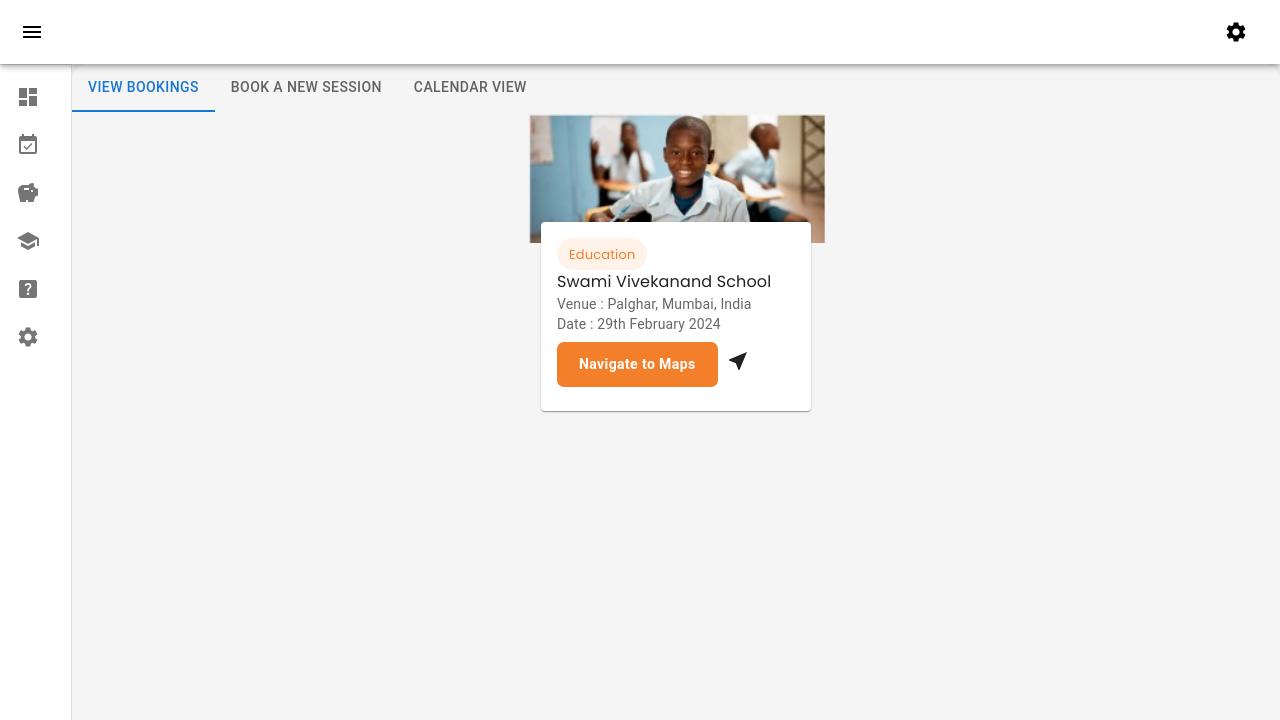
Repository: shubhampirate/Google_Solutions_Edural
Page: /bookings
These files come from the project's save history. The page is drawn as it stood at one moment and after the next save; the edit follows.
The browser window is 1280 px wide. The pictures show the whole page.
An inner scrolling area shows only its first screen. The project was rebuilt for these pictures with package versions that can differ from the ones it lists, and the page was loaded fresh each time. Some packages were replaced by stand-ins written for this rebuild. Also part of the build but not shown: src/Components/Navbar.jsx, src/Components/Footer.jsx, src/Components/CongratsCard.jsx, src/pages/Hero/Hero.jsx, src/pages/Dashboard/Dashboard.jsx, src/pages/Sign_in.jsx, src/pages/Bookings/LicenseCard.jsx.

Above is the page before, as saved 2024-02-04 18:25:37.

### src/index.js
import React from "react";
import ReactDOM from "react-dom/client";
import "./index.css";
import { GoogleOAuthProvider } from '@react-oauth/google';
import App from "./App";
import { BrowserRouter } from "react-router-dom";
const root = ReactDOM.createRoot(
    document.getElementById("root"));
root.render(
    <BrowserRouter>
<GoogleOAuthProvider clientId="730379698185-cv7a59sok9sod43v04ee6g6pt4gtaea2.apps.googleusercontent.com">
        {/* <React.StrictMode> */}
            <App />
        {/* </React.StrictMode> */}
    </GoogleOAuthProvider>
    </BrowserRouter>

);

### src/App.jsx
import Hero from "./pages/Hero/Hero";
import Dashboard from "./pages/Dashboard/Dashboard";
import Layout from "./Components/layout";
import SignIn from "./pages/Sign_in";
import Booking from "./pages/Bookings/bookings"
import {useState} from "react";
import { Route, Routes } from "react-router-dom";
function App() {
  return (
    <>
      {/* <Hero />   */}
      {/* <SignIn /> */}
      <Routes>
        <Route path="/signin" element={<><SignIn /></>} />
        <Route path="/dashboard" element={<Layout><Dashboard /></Layout>} />
        {/* <Route path="/education" element={<><Education /></>} /> */}
        <Route path="/bookings" element={<Layout><Booking /></Layout>} />
        {/* <Route path="/profile" element={<><Profile /></>} /> */}
        {/* <Route path="/finance" element={<><Finance /></>} /> */}
        {/* <Route path="/questions" element={<><Questions /></>} /> */}
        {/* <Route path="/retireaibot" element={<><Bot /></>} /> */}
        <Route path="/" element={<><Hero /></>} />
      </Routes>
         </>
  );
}

export default App;

### src/Components/layout.jsx
import React from 'react';
import { styled, createTheme, ThemeProvider } from '@mui/material/styles';
import CssBaseline from '@mui/material/CssBaseline';
import MuiDrawer from '@mui/material/Drawer';
import Box from '@mui/material/Box';
import MuiAppBar from '@mui/material/AppBar';
import Toolbar from '@mui/material/Toolbar';
import IconButton from '@mui/material/IconButton';
import MenuIcon from '@mui/icons-material/Menu';
import ChevronLeftIcon from '@mui/icons-material/ChevronLeft';
import { mainListItems } from './listItems';
import { List } from '@mui/material';
import Divider from '@mui/material/Divider';
import Badge from '@mui/material/Badge';
// import NotificationsIcon from '@mui/icons-material/Notifications';
import Typography from '@mui/material/Typography';
import SettingsIcon from '@mui/icons-material/Settings';
const drawerWidth = 240;

const AppBar = styled(MuiAppBar, {
  shouldForwardProp: (prop) => prop !== 'open',
})(({ theme, open }) => ({
  zIndex: theme.zIndex.drawer + 1,
  transition: theme.transitions.create(['width', 'margin'], {
    easing: theme.transitions.easing.sharp,
    duration: theme.transitions.duration.leavingScreen,
  }),
  ...(open && {
    marginLeft: drawerWidth,
    width: `calc(100% - ${drawerWidth}px)`,
    transition: theme.transitions.create(['width', 'margin'], {
      easing: theme.transitions.easing.sharp,
      duration: theme.transitions.duration.enteringScreen,
    }),
  }),
  backgroundColor: 'white', // Set background color to white
  color: 'black',
}));

const Drawer = styled(MuiDrawer, { shouldForwardProp: (prop) => prop !== 'open' })(
  ({ theme, open }) => ({
    '& .MuiDrawer-paper': {
      position: 'relative',
      whiteSpace: 'nowrap',
      width: drawerWidth,
      transition: theme.transitions.create('width', {
        easing: theme.transitions.easing.sharp,
        duration: theme.transitions.duration.enteringScreen,
      }),
      boxSizing: 'border-box',
      ...(!open && {
        overflowX: 'hidden',
        transition: theme.transitions.create('width', {
          easing: theme.transitions.easing.sharp,
          duration: theme.transitions.duration.leavingScreen,
        }),
        width: theme.spacing(7),
        [theme.breakpoints.up('sm')]: {
          width: theme.spacing(9),
        },
      }),
    },
  }),
);

const defaultTheme = createTheme();

const Layout = ({ children }) => {
  const [open, setOpen] = React.useState(false);

  const toggleDrawer = () => {
    setOpen(!open);
  };

  return (
    <ThemeProvider theme={defaultTheme}>
      <Box sx={{ display: 'flex' }}>
        <CssBaseline />
        <AppBar position="absolute" open={open}
        //  sx={{
        //         backgroundColor:
        //         // "rgba(244, 127, 42, 0.04)",
        //         (theme) =>
        //         theme.palette.mode === 'light'
        //             ? theme.palette.grey[100]
        //             : theme.palette.grey[900]}}
                    >
          <Toolbar
            sx={{
              pr: '24px', // keep right padding when drawer closed
            }}
          >
            <IconButton
              edge="start"
              color="inherit"
              aria-label="open drawer"
              onClick={toggleDrawer}
              sx={{
                marginRight: '36px',
                ...(open && { display: 'none' }),
              }}
            >
              <MenuIcon />
            </IconButton>
            <Typography
              component="h1"
              variant="h6"
              color="inherit"
              noWrap
              sx={{ flexGrow: 1 }}
            >
              {/* Dashboard */}
            </Typography>
            <IconButton color="inherit">
              {/* <Badge badgeContent={4} color="secondary"> */}
                <SettingsIcon />
              {/* </Badge> */}
            </IconButton>

          </Toolbar>
        </AppBar>
        <Drawer variant="permanent" open={open}>
          <Toolbar
            sx={{
              display: 'flex',
              alignItems: 'center',
              justifyContent: 'flex-end',
              px: [1],
            }}
          >
            <IconButton onClick={toggleDrawer}>
              <ChevronLeftIcon />
            </IconButton>
          </Toolbar>
          <Divider />
            <List component="nav">
                {mainListItems}
            </List>
        </Drawer>
        <Box
          component="main"
          sx={{
            backgroundColor: (theme) =>
              theme.palette.mode === 'light'
                ? theme.palette.grey[100]
                : theme.palette.grey[900],
            flexGrow: 1,
            height: '100vh',
            overflow: 'auto',
          }}
        >
          <Toolbar />
          {/* Content of individual pages */}
          {children}
        </Box>
      </Box>
    </ThemeProvider>
  );
};

export default Layout;

### src/pages/Bookings/bookings.jsx
import React, { useState, useEffect } from 'react';
import { styled, createTheme, ThemeProvider } from '@mui/material/styles';
import CssBaseline from '@mui/material/CssBaseline';
import Box from '@mui/material/Box';
import Tabs from '@mui/material/Tabs';
import Tab from '@mui/material/Tab';
import Card from '@mui/material/Card';
import CardContent from '@mui/material/CardContent';
import Typography from '@mui/material/Typography';
import GoogleMapReact from 'google-map-react'; // Install with npm/yarn
import FullCalendar from '@fullcalendar/react'; // Install with npm/yarn
import dayGridPlugin from '@fullcalendar/daygrid'; // Install with npm/yarn
import LicenseCard from './LicenseCard';
import { CardActions, Button } from '@mui/material';
import Chip from '@mui/material/Chip';
import CustomButton from '../../Components/CustomButton';
import heroImg from "../../media/img_1.jpeg";
import NorthEastIcon from '@mui/icons-material/NorthEast';
import NearMeIcon from '@mui/icons-material/NearMe';
const defaultTheme = createTheme();



const calendarEvents = [
  { id: 1, title: 'Event 1', start: '2024-02-10', end: '2024-02-12' },
  { id: 2, title: 'Event 2', start: '2024-02-15', end: '2024-02-18' },
  // Add more calendar event data as needed
];

const AnyReactComponent = ({ text }) => <div>{text}</div>;

export default function Booking() {
  const [tabValue, setTabValue] = useState(0);

  const handleChangeTab = (event, newValue) => {
    setTabValue(newValue);
  };

  return (
    <ThemeProvider theme={defaultTheme}>
      <Box sx={{ display: 'flex', borderRadius: '16px', overflow: 'hidden', boxShadow: '0px 0px 10px rgba(0, 0, 0, 0.1)' }}>
        <CssBaseline />
        <Box
          component="main"
          sx={{
            backgroundColor: (theme) =>
              theme.palette.mode === 'light'
                ? theme.palette.grey[100]
                : theme.palette.grey[900],
            flexGrow: 1,
            height: '100vh',
            overflow: 'hidden',
          }}
        >
          <Tabs value={tabValue} onChange={handleChangeTab}>
            <Tab label="View Bookings" />
            <Tab label="Book a New Session" />
            <Tab label="Calendar View" />
          </Tabs>

          {tabValue === 0 && (

             <Box position="relative" maxWidth="300px" margin="auto" marginBottom="2rem">
             <img
               src={heroImg}
               alt="card-background"
               style={{
                 width: '100%',
                 height: '60%',
                 objectFit: 'cover',
               }}
             />
             <Card
               sx={{
                 position: 'absolute',
                 top: '80%', // Start from around 20% from the top
                 left: '5%', // Adjust as needed
                 right: '5%', // Adjust as needed
                 backgroundColor: (theme) => theme.palette.background.paper,
                 opacity: 1,

                //  minHeight:  , // Adjust as needed
                 overflow: 'auto',
               }}
             >
               <CardContent>
               <Chip
  size="sm"
  variant="soft"
  label="Education"
  sx={{ backgroundColor: 'rgba(244, 127, 42, 0.1)', color: '#F47F2A', marginRight: '8px' }}
/>
           <br />
           <Typography variant="h7" gutterBottom>
           Swami Vivekanand School
            </Typography>

          <Typography variant="body2" color="text.secondary">
          Venue : Palghar, Mumbai, India
          </Typography>
          <Typography variant="body2" color="text.secondary">
          Date : 29th February 2024
          </Typography>
        <Box sx={{ display: 'flex-between', alignItems: 'center', marginTop: '8px' }}>
            <CustomButton backgroundColor="#F47F2A" color="#fff" buttonText="Navigate to Maps" heroBtn={true} />
            <NearMeIcon sx={{ marginLeft: '8px' }} />
          </Box>
               </CardContent>

             </Card>
           </Box>
          )}

          {tabValue === 1 && (
            <Box>
              {/* Book a New Session Content */}
              {/* Use Google Maps component to search for schools */}
              <GoogleMapReact
                bootstrapURLKeys={{ key: 'YOUR_GOOGLE_MAPS_API_KEY' }}
                defaultCenter={{ lat: 37.7749, lng: -122.4194 }}
                defaultZoom={10}
              >
                <AnyReactComponent lat={37.7749} lng={-122.4194} text="Your Location" />
              </GoogleMapReact>
            </Box>
          )}

          {tabValue === 2 && (
             <Box>
             {/* Calendar View Content */}
             {/* <FullCalendar
               plugins={[dayGridPlugin]}
               initialView="dayGridMonth"
               events={calendarEvents}
             /> */}
           </Box>          )}
        </Box>
      </Box>
    </ThemeProvider>
  );
}

### src/Components/CustomButton.jsx
import { Button, styled } from "@mui/material";
import React from "react";

const CustomButton = ({
  backgroundColor,
  color,
  buttonText,
  heroBtn,
  guideBtn,
  getStartedBtn,
}) => {
  const CustomButton = styled(Button)(({ theme }) => ({
    backgroundColor: backgroundColor,
    color: color,
    fontWeight: "700",
    fontSize: "14px",
    cursor: "pointer",
    padding: "0.5rem 1.25rem",
    borderRadius: "7px",
    textTransform: "none",
    display: "block",
    border: "2px solid transparent",
    "&:hover": {
      backgroundColor: color,
      color: backgroundColor,
      borderColor: backgroundColor,
    },
    [theme.breakpoints.down("md")]: {
      margin: (heroBtn || getStartedBtn) && theme.spacing(0, "auto", 3, "auto"),
      width: (heroBtn || getStartedBtn) && "90%",
    },
    [theme.breakpoints.down("sm")]: {
      marginTop: guideBtn && theme.spacing(3),
      width: guideBtn && "90%",
    },
  }));

  return <CustomButton>{buttonText}</CustomButton>;
};

export default CustomButton;

### src/Components/listItems.jsx
import * as React from 'react';
import ListItemButton from '@mui/material/ListItemButton';
import ListItemIcon from '@mui/material/ListItemIcon';
import ListItemText from '@mui/material/ListItemText';
import DashboardIcon from '@mui/icons-material/Dashboard';
import MedicalInformationIcon from '@mui/icons-material/MedicalInformation';
import SavingsIcon from '@mui/icons-material/Savings';
import SchoolIcon from '@mui/icons-material/School';
import HelpCenterIcon from '@mui/icons-material/HelpCenter';
import SettingsIcon from '@mui/icons-material/Settings';
import SmartToyIcon from '@mui/icons-material/SmartToy';
import { Link } from 'react-router-dom';
// import GoogleTranslateComponent from './GoogleTranslateComponent';
import EventAvailableIcon from '@mui/icons-material/EventAvailable';

export const mainListItems = (
  <>
    <React.Fragment>
      <Link to="/dashboard" style={{ textDecoration: "none", color: "black" }}>
        <ListItemButton>
          <ListItemIcon>
            <DashboardIcon />
          </ListItemIcon>
          <ListItemText primary="Dashboard" />
        </ListItemButton>
      </Link>
      <Link to="/bookings" style={{ textDecoration: "none", color: "black" }}>
        <ListItemButton>
          <ListItemIcon>
            <EventAvailableIcon />
          </ListItemIcon>
          <ListItemText primary="Bookings" />
        </ListItemButton>
      </Link>
      <Link to="/donation" style={{ textDecoration: "none", color: "black" }}>
        <ListItemButton>
          <ListItemIcon>
            <SavingsIcon />
          </ListItemIcon>
          <ListItemText primary="Donation" />
        </ListItemButton>
      </Link>
      <Link to="/education" style={{ textDecoration: "none", color: "black" }}>
        <ListItemButton>
          <ListItemIcon>
            <SchoolIcon />
          </ListItemIcon>
          <ListItemText primary="Educational Test" />
        </ListItemButton>
      </Link>
      <Link to="/questions" style={{ textDecoration: "none", color: "black" }}>
        <ListItemButton>
          <ListItemIcon>
            <HelpCenterIcon />
          </ListItemIcon>
          <ListItemText primary="FAQ" />
        </ListItemButton>
      </Link>
      <Link to="/profile" style={{ textDecoration: "none", color: "black" }}>
        <ListItemButton>
          <ListItemIcon>
            <SettingsIcon />
          </ListItemIcon>
          <ListItemText primary="Profile" />
        </ListItemButton>
      </Link>
      {/* <Link to="/retireaibot" style={{ textDecoration: "none", color: "black" }}>
        <ListItemButton>
          <ListItemIcon>
            <SmartToyIcon />
          </ListItemIcon>
          <ListItemText primary="Retire AI Bot" />
        </ListItemButton>
      </Link> */}
    </React.Fragment >
  </>
);

Loaded but not shown: public/index.html (common file); src/index.css (common file)

After the next save:
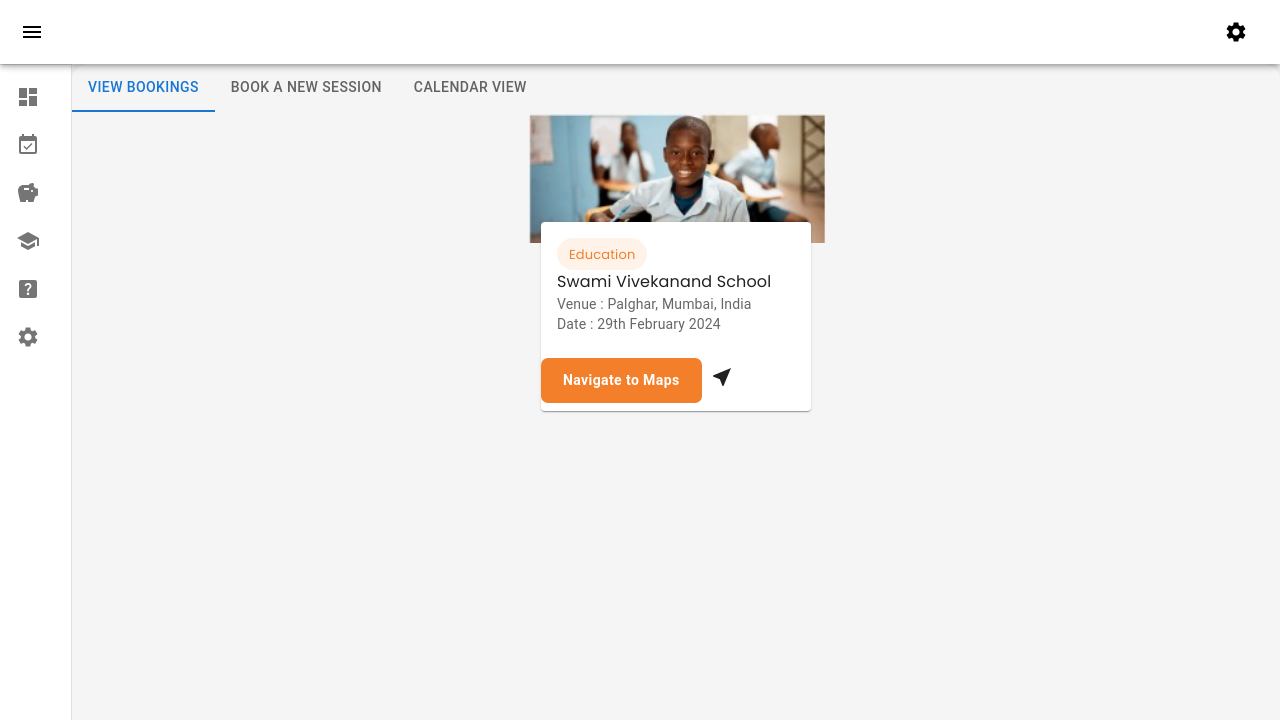
Saved 33 s later.
--- a/src/pages/Bookings/bookings.jsx
+++ b/src/pages/Bookings/bookings.jsx
@@ -101,11 +101,11 @@ export default function Booking() {
           <Typography variant="body2" color="text.secondary">
           Date : 29th February 2024
           </Typography>
-        <Box sx={{ display: 'flex-between', alignItems: 'center', marginTop: '8px' }}>
+               </CardContent>
+        <Box sx={{ display: 'flex-between', alignItems: 'center', marginTop: '8px', marginBottom : '8px' }}>
             <CustomButton backgroundColor="#F47F2A" color="#fff" buttonText="Navigate to Maps" heroBtn={true} />
             <NearMeIcon sx={{ marginLeft: '8px' }} />
           </Box>
-               </CardContent>
 
              </Card>
            </Box>
